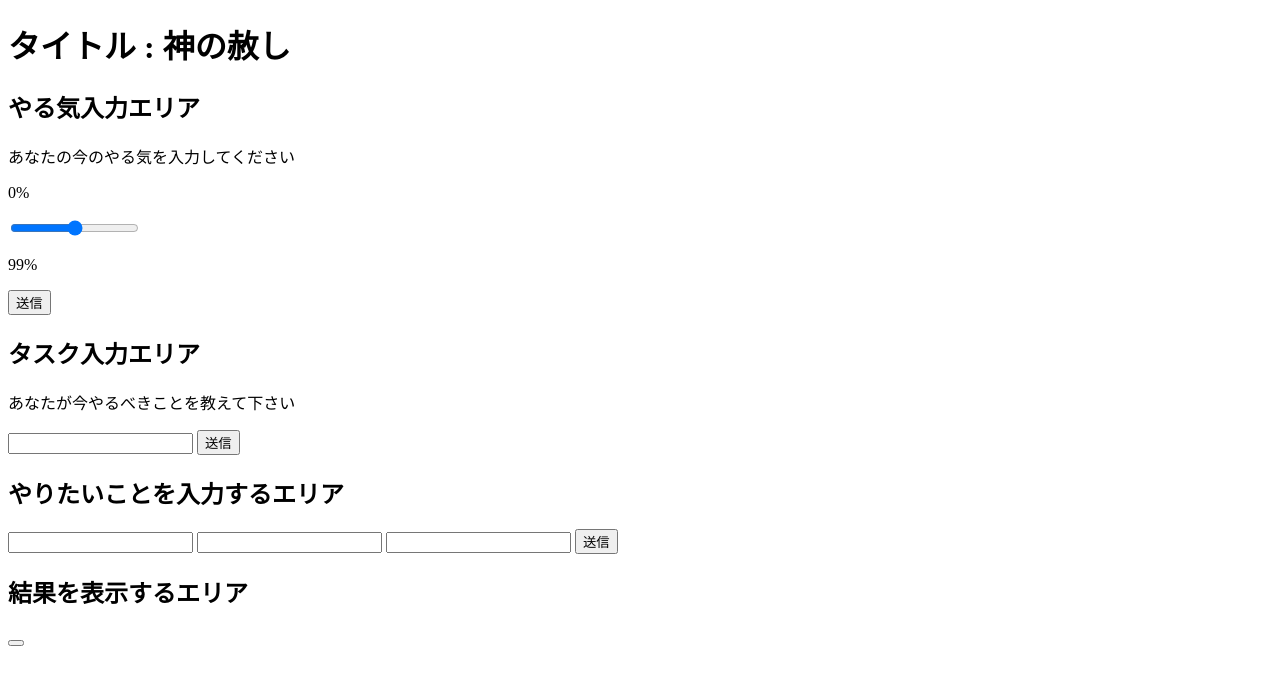
Repository: masa0306/god_forgiveness
Page: index.html
An editor plug-in stored every save of this project. The page is shown before and after the next save, followed by the edit.
The browser window is 1280 px wide. The pictures show the whole page.

Above is the page before, as saved 2024-05-15 00:21:28.
Console error: RangeError: Maximum call stack size exceeded

### index.html
<!DOCTYPE html>
<html lang="en">
<head>
    <meta charset="UTF-8">
    <meta name="viewport" content="width=device-width, initial-scale=1.0">
    <title>Document</title>
</head>
<body>
<!-- タイトルトップ -->
<!-- 神の許しを請うボタンを設置し、それを押すと始まるイメージ -->
    <div><h1>タイトル : 神の赦し</h1></div>
    <!-- やる気を入力するエリア -->
    <div>
        <h2>やる気入力エリア</h2>
        <p>あなたの今のやる気を入力してください</p>
        <p>0%</p>
        <input type="range" name="motivation" min="0" max="99" id="motivationValue">
        <p>99%</p>
        <button id="sendMotivation">送信</button>
    </div>

    <div><h2>タスク入力エリア</h2></div>
        <p>あなたが今やるべきことを教えて下さい</p>
        <input type="text" name="toDo"id="toDo">
        <button id="sendToDo">送信</button>

    <div>
        <h2>やりたいことを入力するエリア</h2>
        <input type="text" name="want1"id="want1">
        <input type="text" name="want2"id="want2">
        <input type="text" name="want3"id="want3">
        <button id ="sendWant">送信</button>
    </div>

    <div>
        <h2>結果を表示するエリア</h2>
        <button id="resultShow"></button>
        <p id="result"></p>
    </div>
    <script src="https://ajax.googleapis.com/ajax/libs/jquery/3.7.0/jquery.min.js"></script>
    <script src="/js/script.js"></script>

</body>
</html>

### js/script.js
// やる気の取得
function motivation() {
    $('#sendMotivation').on("click",function(){
        motivation=$("#motivationValue").val()
        console.log(motivation);
    })
};

// やるべきことの取得
const todo = ""
function toDo() {
    $('#sendToDo').on("click",function(){
        toDo=$("#toDo").val()
        console.log(toDo);
    })
};

// やりたいことのテキストエリアの追加（pend）
// function addWant() {
//     $('#add-input').on("click",function(){
//     })
// };

//やりたいことの取得
const want1 = ""
const want2 = ""
const want3 = ""

function want() {
    $('#sendWant').on("click",function(){
        want1=$("#want1").val()
        console.log(want1);
        want2=$("#want2").val()
        console.log(want2);
        want3=$("#want3").val()
        console.log(want3);
    })
};


// 結果の表示
function result(){
    randomNum = Math.floor(Math.random()*(99+1))
    console.log(randomNum)

    a=100-motivation
    console.log(a)
    b1=a-1
    console.log(b1)
    b2=b1-(Math.floor(b1/3-1))
    console.log(b2)
    c1=b2-1
    console.log(c1)
    c2=c1-(Math.floor(b1/3-1))
    console.log(c2)
    d1=c2-1
    console.log(d1)


    if(randomNum <= 99 && randomNum >= (100-motivation)){
        result = todo;
    } else if (randomNum<=b1 && randomNum>= b2){
        result=want1
    }else if (randomNum<=c1 && randomNum>= c2){
        result=want2
    }else if (randomNum<=d1 && randomNum>= 0){
        result=want2
    }
    $("#result").append(result)
}

// motivationが60のとき
// 99~40 (99>=random num>=100-motivation) = toDo
// 39~27 (a=100-motivation-1 >=random num >=a-(((99-motivation)/3)-1) )
// 26~14
// 13~0

// 最初に読み込むドキュメント
$(document).ready(function() {
    motivation();
    toDo();
    want();
    result();
});

After the next save:
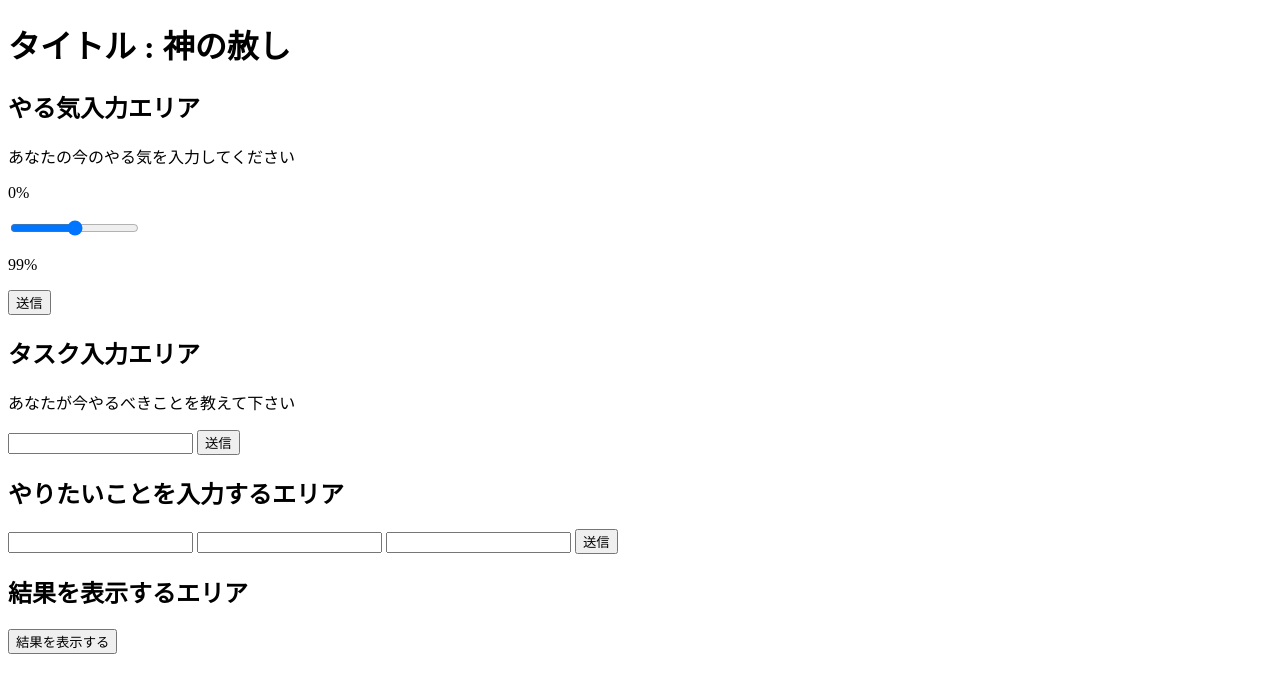
Saved 9 s later.
--- a/index.html
+++ b/index.html
@@ -34,7 +34,7 @@
 
     <div>
         <h2>結果を表示するエリア</h2>
-        <button id="resultShow"></button>
+        <button id="resultShow">結果を表示する</button>
         <p id="result"></p>
     </div>
     <script src="https://ajax.googleapis.com/ajax/libs/jquery/3.7.0/jquery.min.js"></script>
